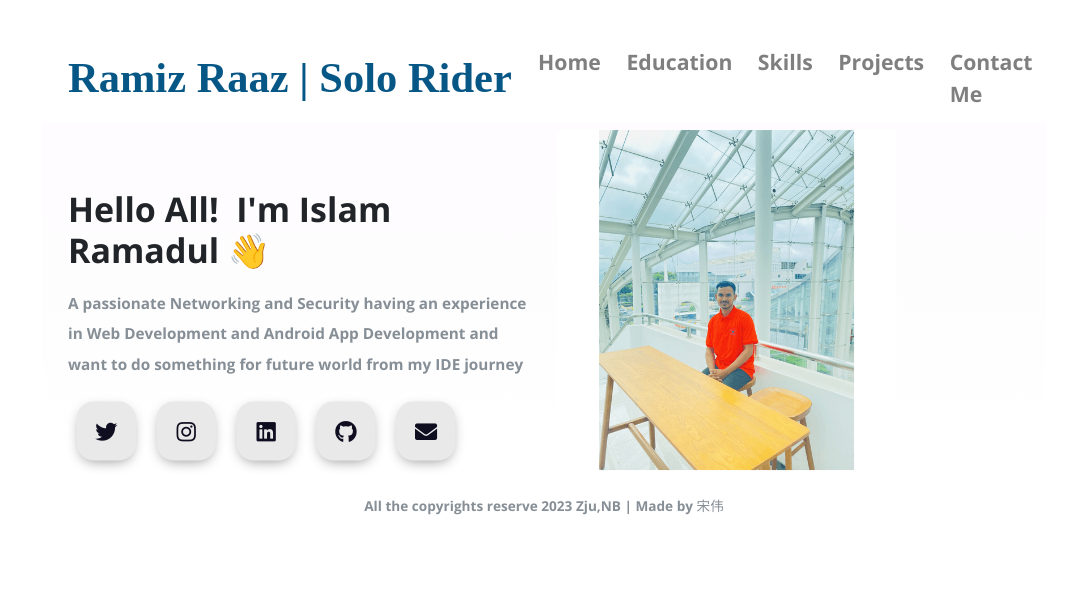
Repository: ramizraaz/ZjuProtfolio
Page: index.html
The author's editor kept a copy of each file at every save. The page is drawn from the files as they stood at one save, then again after the next save.
The browser window is 1280 px wide. The pictures show the whole page, at 85% of full size.
Some web fonts or font styles are not loaded; a fallback is used. Some web libraries are served in a nearby version.

Above is the page before, as saved 2023-10-08 16:55:34.

After the next save:
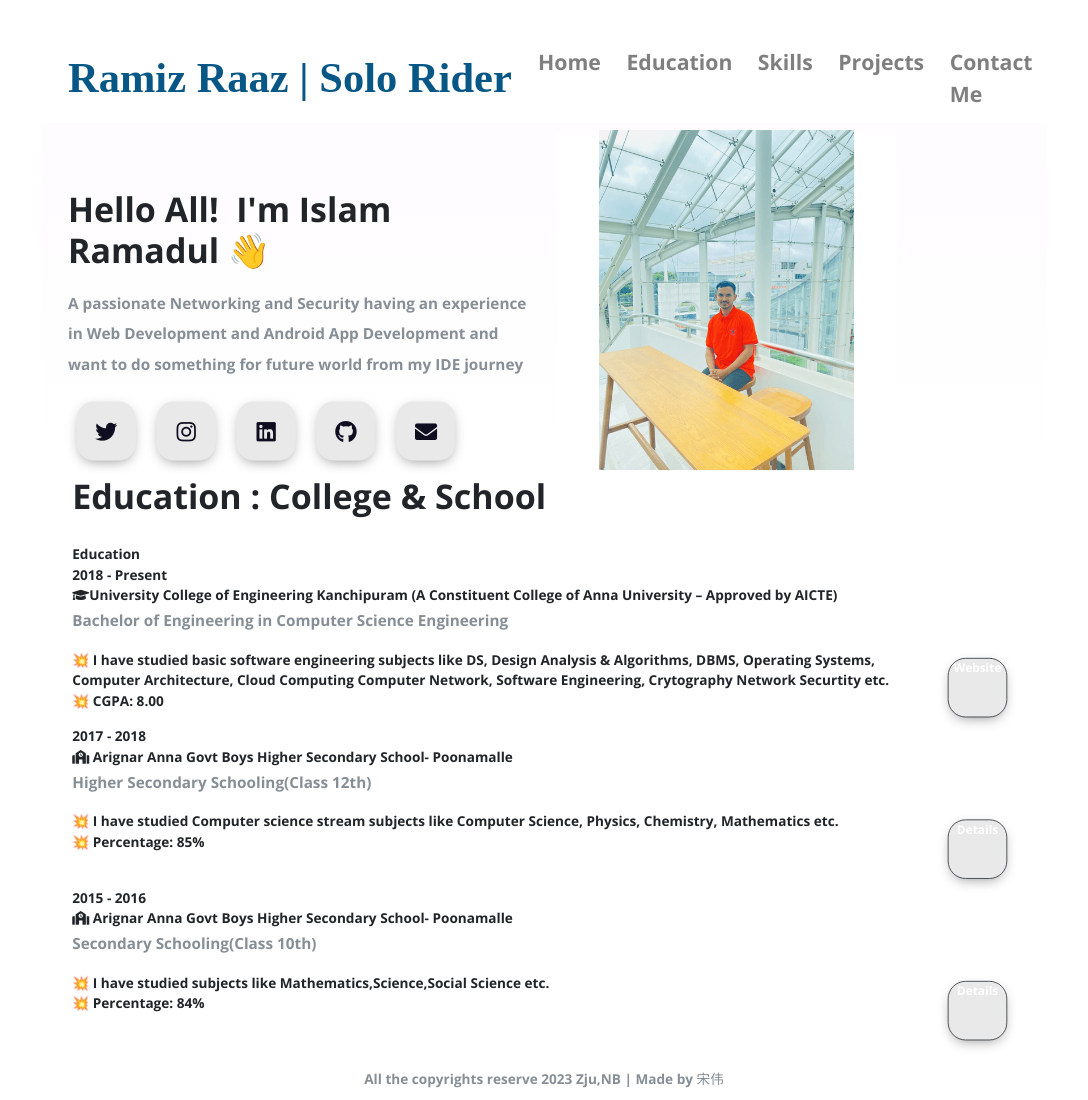
Saved 4 s later.
--- a/index.html
+++ b/index.html
@@ -74,6 +74,84 @@
             </div>
     </section>
     <!-- Education Section -->
+    <section>
+        <div class="container">
+            <div class="Heading">
+                <h1>Education : College & School</h1>
+                <br>
+            </div>
+            <div class="timeline">
+                <div class="timeline-month">
+                    Education
+                </div>
+                <div class="timeline-section">
+                    <div class="timeline-date">
+                        2018 - Present
+                    </div>
+                    <div class="row">
+                        <div class="col-lg">
+                            <div class="timeline-box">
+                                <div class="box-title">
+                                    <i class="fas fa-graduation-cap" aria-hidden="true"></i>University College of Engineering Kanchipuram (A Constituent College of Anna University – Approved by AICTE)
+                                    <p class="degree">Bachelor of Engineering in Computer Science Engineering</p>
+                                </div>
+                                <div class="box-content">
+                                    <a class="btn btn-sm btn-dark float-right" role="button" href="http://www.aucek.in/" target=_blank style="color: white;">Website</a>
+                                    <div class="box-item">💥 I have studied basic software engineering subjects like DS, Design Analysis & Algorithms, DBMS, Operating Systems, Computer Architecture, Cloud Computing Computer Network, Software Engineering, Crytography Network
+                                        Securtity etc.</div>
+                                    <div class="box-item"><b>💥 CGPA</b>: 8.00</div>
+                                </div>
+                            </div>
+                        </div>
+                    </div>
+                </div>
+
+                <div class="timeline-section">
+                    <div class="timeline-date">
+                        2017 - 2018
+                    </div>
+                    <div class="row">
+                        <div class="col-lg">
+                            <div class="timeline-box">
+                                <div class="box-title">
+                                    <i class="fas fa-school" aria-hidden="true"></i> Arignar Anna Govt Boys Higher Secondary School- Poonamalle
+                                    <p class="degree">Higher Secondary Schooling(Class 12th)</p>
+                                </div>
+                                <div class="box-content">
+                                    <a class="btn btn-sm btn-dark float-right" role="button" style="color: white;">Details</a>
+                                    <div class="box-item">💥 I have studied Computer science stream subjects like Computer Science, Physics, Chemistry, Mathematics etc. </div>
+                                    <div class="box-item"><b>💥 Percentage</b>: 85%</div>
+
+                                </div>
+                            </div>
+                        </div>
+                    </div>
+                </div>
+
+                <div class="timeline-section">
+                    <div class="timeline-date">
+                        2015 - 2016
+                    </div>
+                    <div class="row">
+                        <div class="col-lg">
+                            <div class="timeline-box">
+                                <div class="box-title">
+                                    <i class="fas fa-school" aria-hidden="true"></i> Arignar Anna Govt Boys Higher Secondary School- Poonamalle
+                                    <p class="degree"> Secondary Schooling(Class 10th) </p>
+                                </div>
+                                <div class="box-content">
+                                    <a class="btn btn-sm btn-dark float-right" role="button" style="color: white;">Details</a>
+                                    <div class="box-item">💥 I have studied subjects like Mathematics,Science,Social Science etc. </div>
+                                    <div class="box-item"><b>💥 Percentage</b>: 84%</div>
+
+                                </div>
+                            </div>
+                        </div>
+                    </div>
+                </div>
+            </div>
+        </div>
+    </section>
 
     </form>
     <footer class=footer>All the copyrights reserve 2023 Zju,NB | Made by 宋伟</footer>
